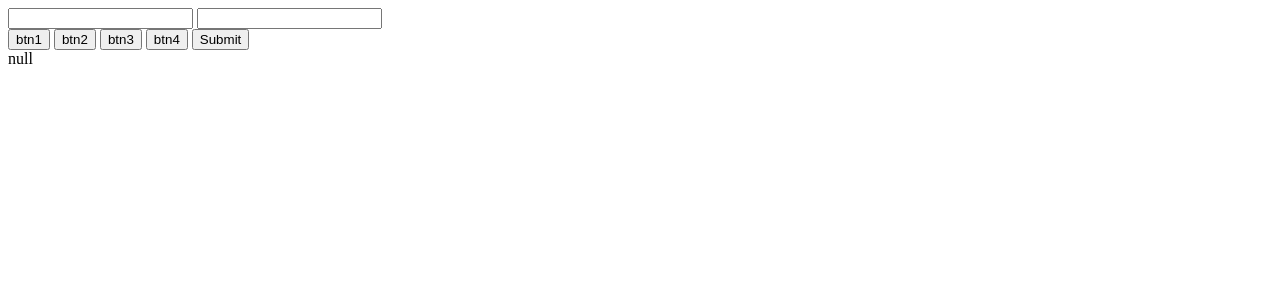
Repository: bharatgupta77/Java-codes
Page: http://localhost/Calculator/index1.jsp
These files come from the project's save history. The page is drawn as it stood at one moment and after the next save; the edit follows.
The browser window is 1280 px wide. The pictures show the whole page.
The page is served by Tomcat 9.

Above is the page before, as saved 2020-09-29 10:35:40.

After the next save:
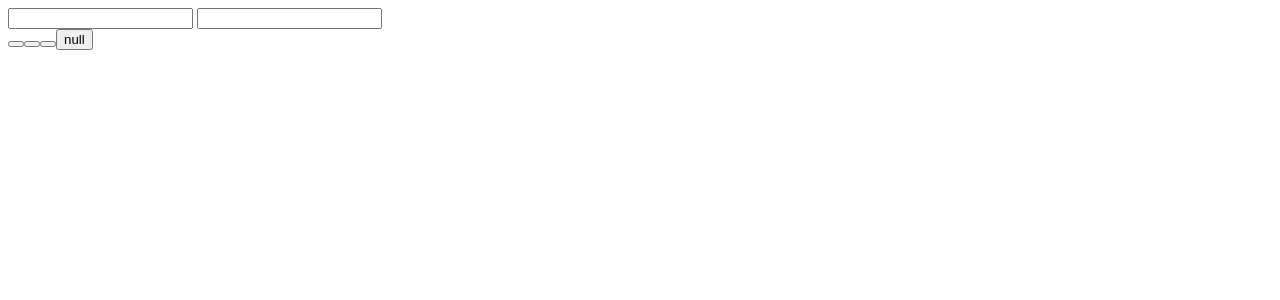
Saved 3 min 43 s later.
--- a/Calculator/WebContent/index1.jsp
+++ b/Calculator/WebContent/index1.jsp
@@ -12,12 +12,12 @@
 	<input type="number" name="num">
 	<input type="number" name="num1"><br>
 
-	<input type="button" name="btn1" value="btn1">
-	<input type="button" name="btn2" value="btn2">
-	<input type="button" name="btn3" value="btn3">
-	<input type="button" name="btn4" value="btn4">
+	<button type="submit" name="btn1" value="btn1">
+	<button type="submit" name="btn2" value="btn2">
+	<button type="submit" name="btn3" value="btn3">
+	<button type="submit" name="btn4" value="btn4">
 
-	<input type="submit">
+
 
 </form>
 
